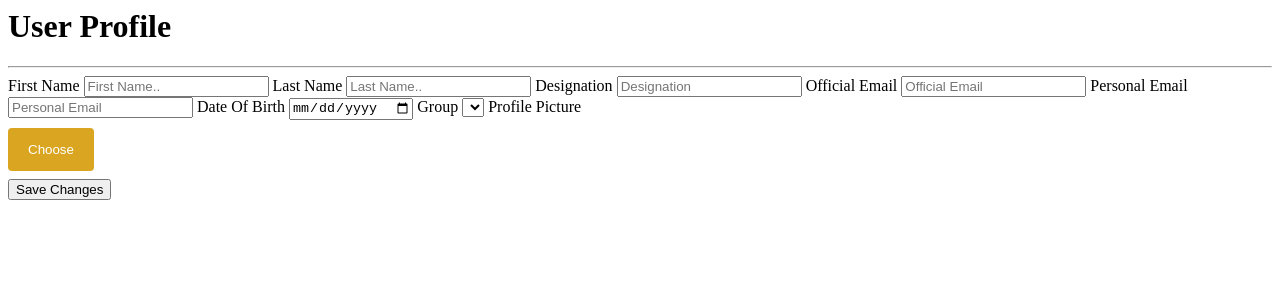
Repository: praveenshetg/GOLDEN-ROD
Page: Duolingo/papi-front/WebContent/view/user_profile.html
The author's editor kept a copy of each file at every save. The page is drawn from the files as they stood at one save, then again after the next save.
The browser window is 1280 px wide. The pictures show the whole page.

Above is the page before, as saved 2018-05-08 11:03:12.
Console error: ReferenceError: $ is not defined

### Duolingo/papi-front/WebContent/view/user_profile.html


<html>
<style>
.uploadpic-div{
position:relative;
display:inline-block;
}

.uploadpic-div button{
    width: auto !important;
    background-color: goldenrod;
    color: white;
    padding: 14px 20px;
    margin: 8px 0;
    border: none;
    border-radius: 4px;
    cursor: pointer;
}
.uploadpic-div input[type="file"]{
margin-bottom:0px;
left:0px;
top:0px;
position:absolute;
margin-right:5px;
    width: 83px;
    height: 50px;
opacity:0;
border: 1px solid #ccc;
}

.uploadpic-div-outer img{
display: none;
    float: left;
    max-width: 50px;
    width: 50px;
    height: 50px;
    border-radius: 50%;
    /* margin-top: 10px !important; */
    margin: 5px;

   #background-image: url('images/image1.jpg')
}
.choose-profile-pic-btn{
margin-right: "5px";
#z-index: -1;
}
</style>
<body>

<div class="form-div">
<H1><i class="fa fa-user"></i> User Profile</H1>
	<hr>
  <form action="" id="user-reg-form">
    <label for="fname">First Name</label>
    <input type="text" id="fname" name="firstname" id="fName" placeholder="First Name..">
 <label for="fname">Last Name</label>
    <input type="text" id="fname" name="firstname" id="lName" placeholder="Last Name..">
     <label for="fname">Designation</label>
    <input type="text" id="fname" name="firstname" id="age" placeholder="Designation ">
         <label for="fname">Official Email</label>
    <input type="text" id="fname" name="firstname" id="age" placeholder="Official Email">
         <label for="fname">Personal Email</label>
    <input type="text" id="fname" name="firstname" id="age" placeholder="Personal Email">
     <label for="fname">Date Of Birth</label>
    <input type="date" id="fname" name="firstname"  id ="dob" placeholder="Date Of Birth..">
    <label for="fname">Group</label>
    <select name="group" id="group" readonly>
				</select>
				<label for="fname">Profile Picture</label><br>
				<div class="uploadpic-div-outer">
				<img src="" id="profile-img-tag"  />
				<div class="uploadpic-div">
                            <input id="profile-img-path" class="profile-img-path" type="file"/>
                            <button type="button" id="upload-profile-pic-file" class="ha-button upload-profile-pic-file" >Choose</button>
                        </div>
                        </div>
    <input type="submit" value="Save Changes" id="update-usr-btn">



  </form>
</div>

</body>
<script type="text/javascript">
$('#user-reg-form').submit(function(e) {
	e.preventDeult();
});
$("#update-usr-btn").click(function(){
	$.ajax({
		  method: "POST",
		  url: projectDetails.url+""+projectDetails.restappname+"/user/updateUser/"+$("#group").val(),
		  dataType: "json",
		    contentType: "application/json",
		  data: '{"fName":"'+$("#pw_grp_name").val()+',"lName":"'+$("#lName").val()+'"}'
		})
		.done(function( msg ) {
		    alert( "Data Saved: " + msg );
		});

});
function readURL(input) {
    if (input.files && input.files[0]) {
        var reader = new FileReader();

        reader.onload = function (e) {
            $('#profile-img-tag').attr('src', e.target.result);
            $('#profile-img-tag').attr('style', "display:table-cell");
        }
        reader.readAsDataURL(input.files[0]);
    }
}
$("#profile-img-path").change(function(){
    readURL(this);
});
</script>

</html>

After the next save:
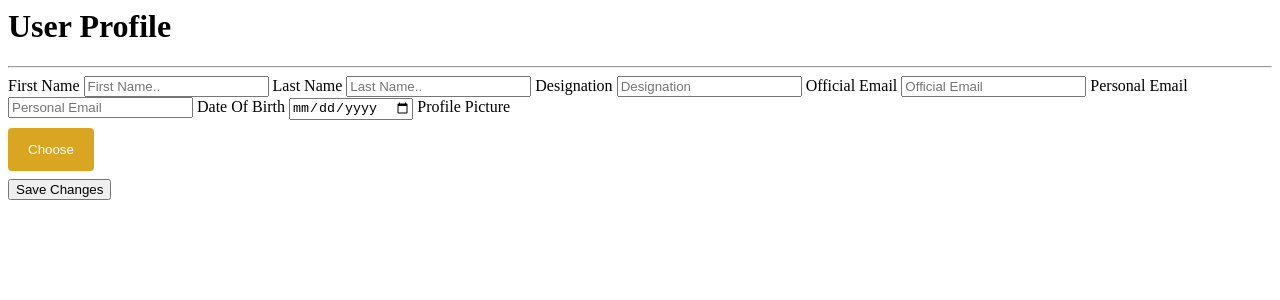
Saved 81 s later.
--- a/Duolingo/papi-front/WebContent/view/user_profile.html
+++ b/Duolingo/papi-front/WebContent/view/user_profile.html
@@ -64,9 +64,9 @@ margin-right: "5px";
     <input type="text" id="fname" name="firstname" id="age" placeholder="Personal Email">
      <label for="fname">Date Of Birth</label>
     <input type="date" id="fname" name="firstname"  id ="dob" placeholder="Date Of Birth..">
-    <label for="fname">Group</label>
-    <select name="group" id="group" readonly>
-				</select>
+<!--     <label for="fname">Group</label> -->
+<!--     <select name="group" id="group" readonly> -->
+<!-- 				</select> -->
 				<label for="fname">Profile Picture</label><br>
 				<div class="uploadpic-div-outer">
 				<img src="" id="profile-img-tag"  />
